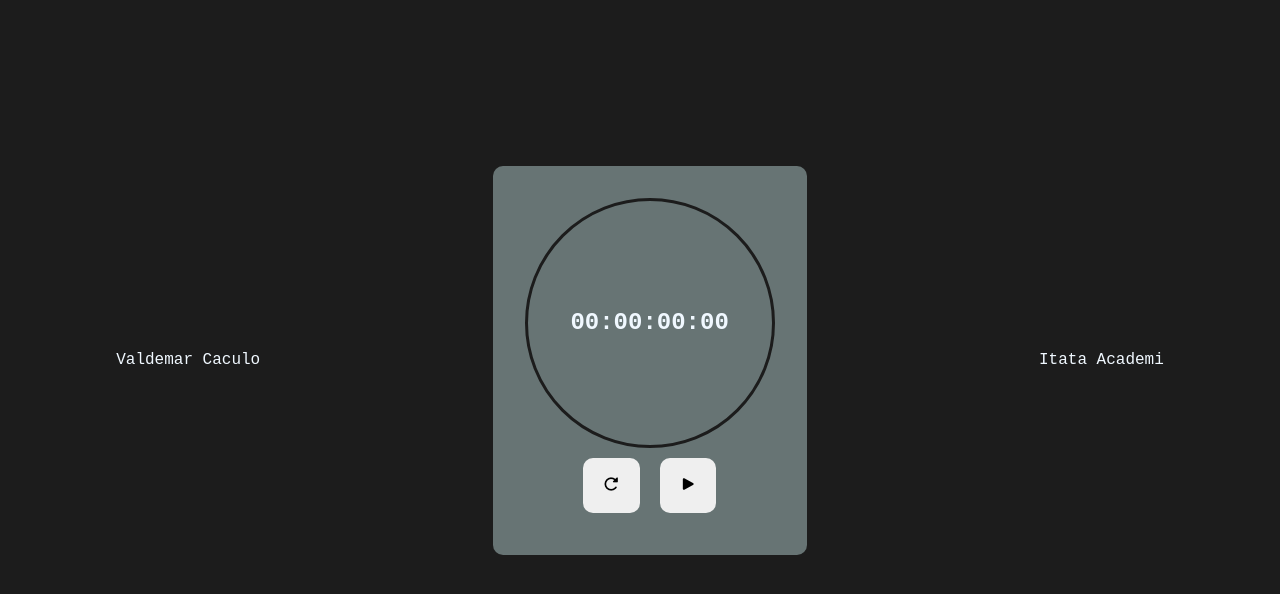
Repository: ValdemarCaculo/TEMPORIZADOR
Page: index.html
These files come from the project's save history. The page is drawn as it stood at one moment and after the next save; the edit follows.
The browser window is 1280 px wide. The pictures show the whole page.
After loading, the first visible `#inicio` was clicked once.
Some web libraries are served in a nearby version.

Above is the page before, as saved 2025-12-06 16:49:15.

After the next save:
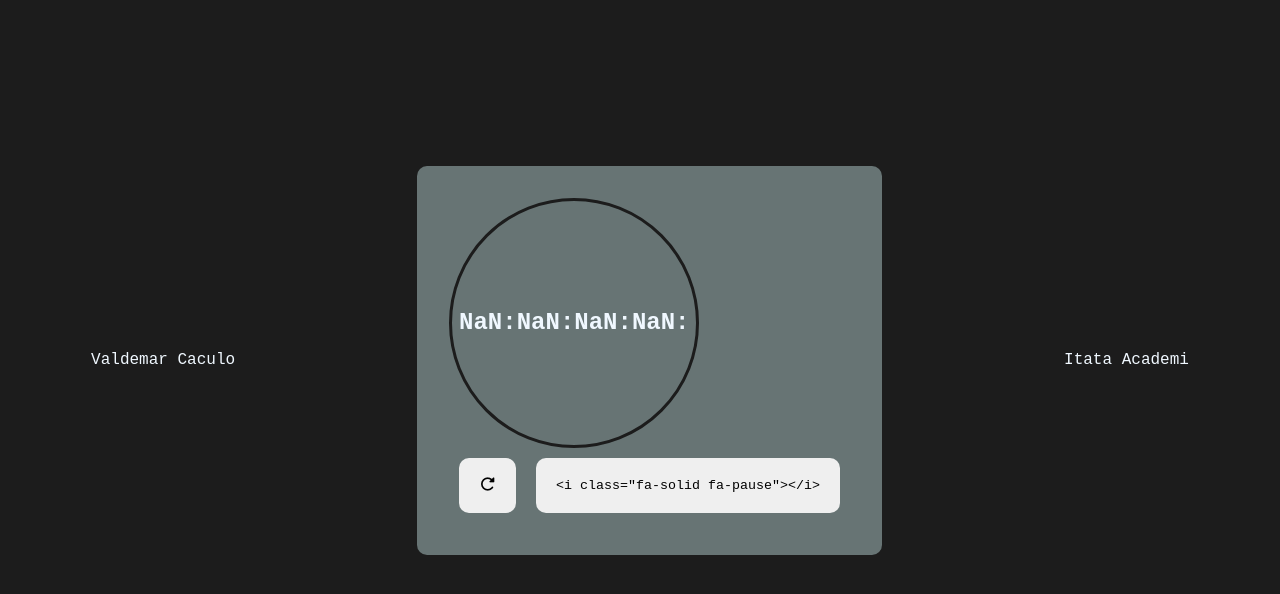
Saved 10 s later.
--- a/js/script.js
+++ b/js/script.js
@@ -11,8 +11,8 @@ const formatar = (time) => {
 };
 
 const elementosA = () => {
-    const button = document.getElementById('inicio');
-    const accao = button.getAttribute('accao');
+ const button = document.getElementById('inicio');
+const accao = button.getAttribute('action');
 
     clearInterval(contador);
 
